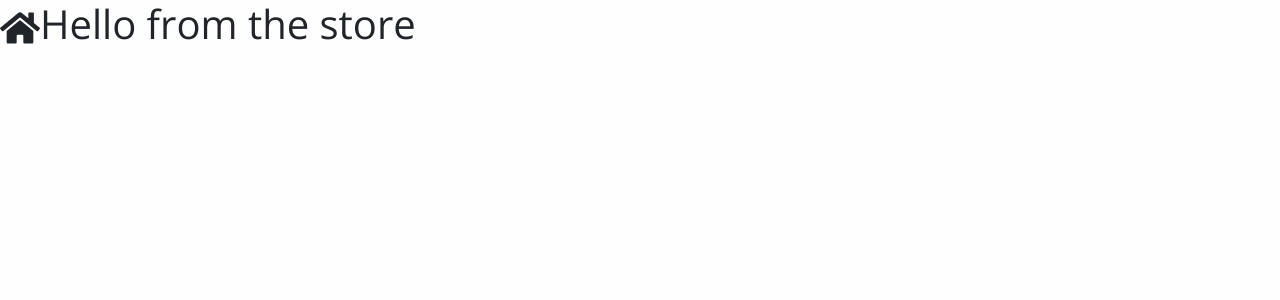
Repository: CaptainStorm21/react16-techstore
Page: /
These files come from the project's save history. The page is drawn as it stood at one moment and after a run of saves; the edit follows.
The browser window is 1280 px wide. The pictures show the whole page.
Some web fonts or font styles are not loaded; a fallback is used. The project was rebuilt for these pictures with package versions that can differ from the ones it lists, and the page was loaded fresh each time.

Above is the page before, as saved 2020-05-07 01:02:45.

After the next 2 saves:
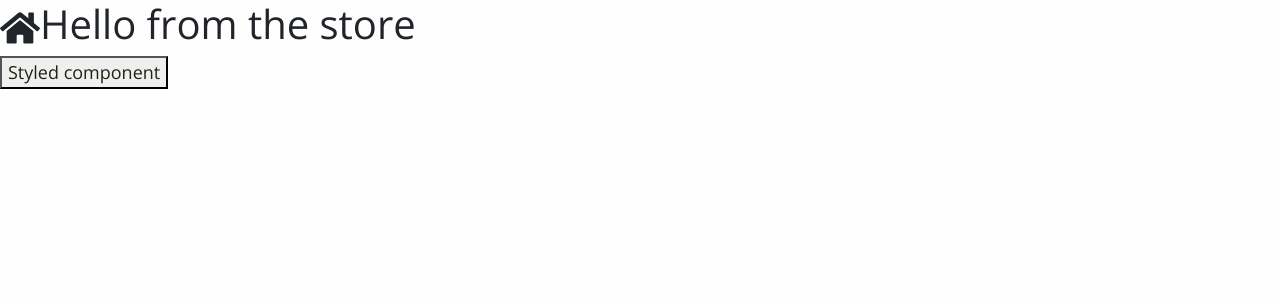
The 2 saves are shown as one change because 1 did not build or start.
The last was saved 27 s later.
--- a/src/App.js
+++ b/src/App.js
@@ -10,6 +10,7 @@ function App() {
   return (
     <div >
      <h1><FaHome/>Hello from the store</h1>
+     <Button> Styled component </Button>
     </div>
   );
 }
